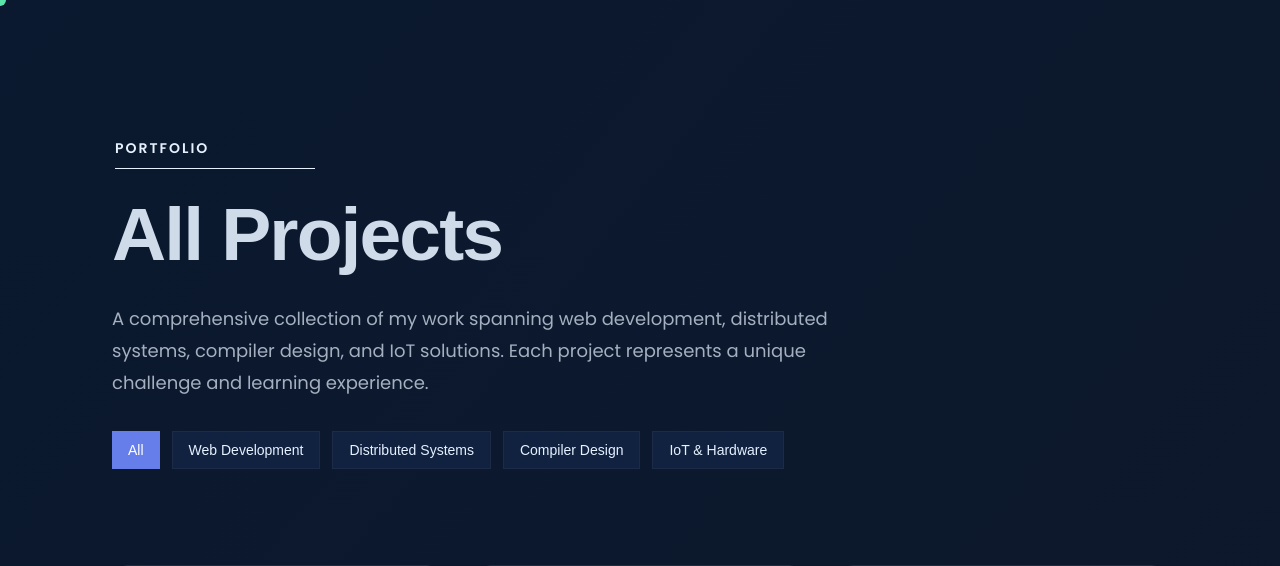
Repository: vinuki-thiranya/MyPortfolio
Page: /projects
The author's editor kept a copy of each file at every save. The page is drawn from the files as they stood at one save, then again after the next save.
The browser window is 1280 px wide. The pictures show the part of the page from y = 0 to 566 px (the page is 1617 px tall).
Pictures or frames that could not be fetched are drawn as grey boxes. The project was rebuilt for these pictures with package versions that can differ from the ones it lists, and the page was loaded fresh each time. The framework's server and built-in components were replaced by stand-ins that run in the browser. Also part of the build but not shown: next.config.mjs.

Above is the page before, as saved 2026-01-02 17:24:37.

### app/layout.tsx
import type { Metadata } from "next";
import { Poppins, Roboto_Mono } from "next/font/google";
import "./globals.css";
import { ThemeProvider } from "@/components/theme-provider";
import NavCursor from "@/components/NavCursor";

const poppins = Poppins({
  subsets: ["latin"],
  weight: ["300", "400", "500", "600", "700"],
  variable: "--font-poppins",
  display: "swap",
});

const robotoMono = Roboto_Mono({
  subsets: ["latin"],
  weight: ["400", "500"],
  variable: "--font-roboto-mono",
  display: "swap",
});

export const metadata: Metadata = {
  title: "Vinuki Thiranya",
  description: "My Software Engineer & Web Developer Portfolio",
  icons: {
    icon: "/images/title logo.png",
    shortcut: "/images/title logo.png",
    apple: "/images/title logo.png",
  },
};

export default function RootLayout({
  children,
}: {
  children: React.ReactNode;
}) {
  return (
    <html lang="en" className={`${poppins.variable} ${robotoMono.variable}`}>
            <body className="bg-white dark:bg-[#0a192f] text-[#1a202c] dark:text-white antialiased transition-colors duration-300 cursor-none">
        <ThemeProvider attribute="class" defaultTheme="dark" enableSystem disableTransitionOnChange>
          <NavCursor />
          {children}
        </ThemeProvider>
      </body>
    </html>
  );
}

### app/projects/page.tsx
"use client"

import { useState, useRef, useEffect } from "react"
import { motion } from "framer-motion"
import Image from "next/image"
import Link from "next/link"
import { Github, ArrowUpRight, Filter } from "lucide-react"

interface Project {
  id: number
  title: string
  description: string
  image: string
  technologies: string[]
  liveUrl: string
  githubUrl: string
  slug: string
  category: string
  year: string
}

const projects: Project[] = [
  {
    id: 1,
    title: "FormLang++ – A Domain-Specific Language for HTML Form Generation",
    description: "A comprehensive domain-specific language (DSL) designed to revolutionize HTML form creation through high-level abstraction. FORMLANG++ transforms structured .form source files into clean, standards-compliant HTML5 with built-in validation and robust error handling.",
    image: "https://images.unsplash.com/photo-1555066931-4365d14bab8c?ixlib=rb-4.0.3&auto=format&fit=crop&w=1600&q=80",
    technologies: ["C", "Flex (Lex)", "Bison (Yacc)", "HTML5", "Compiler Design", "AST", "Parsing"],
    liveUrl: "https://github.com/it23425590/Formlang-DSL",
    githubUrl: "https://github.com/it23425590/Formlang-DSL",
    slug: "formlang-plus-plus",
    category: "Compiler Design",
    year: "2024"
  },
  {
    id: 2,
    title: "Auto Service Spare Parts Management System",
    description: "Designed and developed a fully responsive web application to streamline spare part management for an auto service shop, with secure user access, admin controls, and modern UI/UX. Led the Authentication & User Management Module.",
    image: "https://images.unsplash.com/photo-1486262715619-67b85e0b08d3?ixlib=rb-4.0.3&auto=format&fit=crop&w=1600&q=80",
    technologies: ["React.js", "Spring Boot", "Spring Security", "JWT", "MySQL", "Tailwind CSS"],
    liveUrl: "https://github.com/SLIIT-FacultyOfComputing/se-group-project-group-08-auto-spares-and-services",
    githubUrl: "https://github.com/SLIIT-FacultyOfComputing/se-group-project-group-08-auto-spares-and-services",
    slug: "auto-service-management-system",
    category: "Web Development",
    year: "2024"
  },
  {
    id: 3,
    title: "Distributed Logging System",
    description: "Developed a fault-tolerant distributed logging system designed to maintain high availability, consistency, and reliability even during node failures. Specialized in Time Synchronization & Fault Tolerance Module using NTP and heartbeat algorithms.",
    image: "https://images.unsplash.com/photo-1558494949-ef010cbdcc31?ixlib=rb-4.0.3&auto=format&fit=crop&w=1600&q=80",
    technologies: ["Python", "FastAPI", "PostgreSQL", "Flask", "NTP", "Distributed Systems"],
    liveUrl: "https://github.com/it23425590/ds_project_group08",
    githubUrl: "https://github.com/it23425590/ds_project_group08",
    slug: "distributed-logging-system",
    category: "Distributed Systems",
    year: "2024"
  },
  {
    id: 4,
    title: "Dogwood Flora – Online Floral Shop Management System",
    description: "Designed and developed a full-stack web application for managing a floral shop's online operations. Implemented product CRUD features and customer-facing product views using Spring Boot, Thymeleaf, and MySQL.",
    image: "https://images.unsplash.com/photo-1486262715619-67b85e0b08d3?ixlib=rb-4.0.3&auto=format&fit=crop&w=1600&q=80",
    technologies: ["Java", "Spring Boot", "Thymeleaf", "MySQL", "Bootstrap", "HTML/CSS"],
    liveUrl: "https://github.com/it23425590/OOAD-Group-Assignment",
    githubUrl: "https://github.com/it23425590/OOAD-Group-Assignment",
    slug: "dogwood-flora-management-system",
    category: "Web Development",
    year: "2023"
  },
  {
    id: 5,
    title: "INTELLIHELMET: The Smart Safety Helmet",
    description: "Developed a smart safety helmet for miners with advanced sensor integration including atmospheric pressure, gas detection, heart rate monitoring, and temperature sensors. Created comprehensive web dashboard for real-time monitoring.",
    image: "https://images.unsplash.com/photo-1581094794329-c8112a89af12?ixlib=rb-4.0.3&auto=format&fit=crop&w=1600&q=80",
    technologies: ["Arduino", "IoT", "BMP280", "MQ135", "MAX30102", "Web Design", "HTML/CSS"],
    liveUrl: "#",
    githubUrl: "#",
    slug: "intellihelmet-smart-safety-helmet",
    category: "IoT & Hardware",
    year: "2023"
  },
  {
    id: 6,
    title: "Portfolio Website",
    description: "A modern portfolio website with animated transitions, dark mode, responsive design, and smooth scroll animations built with Next.js, TypeScript, and Framer Motion for enhanced user experience.",
    image: "https://images.unsplash.com/photo-1551650975-87deedd944c3?ixlib=rb-4.0.3&auto=format&fit=crop&w=1600&q=80",
    technologies: ["Next.js", "TypeScript", "Tailwind CSS", "Framer Motion", "React"],
    liveUrl: "#",
    githubUrl: "https://github.com/vinuki-thiranya/MyPortfolio",
    slug: "portfolio-website",
    category: "Web Development",
    year: "2024"
  },
]

const categories = ["All", "Web Development", "Distributed Systems", "Compiler Design", "IoT & Hardware"]

export default function AllProjects() {
  const [selectedCategory, setSelectedCategory] = useState("All")
  const [showFilters, setShowFilters] = useState(false)
  const containerRef = useRef<HTMLDivElement>(null)
  const [isInView, setIsInView] = useState(false)

  useEffect(() => {
    const observer = new IntersectionObserver(
      ([entry]) => {
        setIsInView(entry.isIntersecting)
      },
      { threshold: 0.1, margin: "-100px 0px" }
    )

    const currentRef = containerRef.current
    if (currentRef) {
      observer.observe(currentRef)
    }

    return () => {
      if (currentRef) {
        observer.unobserve(currentRef)
      }
    }
  }, [])

  const filteredProjects = selectedCategory === "All"
    ? projects
    : projects.filter(project => project.category === selectedCategory)

  return (
    <div className="min-h-screen bg-gradient-to-br from-[#f8fafc] to-[#e2e8f0] dark:from-[#0a192f] dark:to-[#0f172a] transition-colors duration-300">
      {/* Hero Section */}
      <section className="pt-32 pb-16 px-6 sm:px-12 md:px-16 lg:px-20 xl:px-28 2xl:px-36">
        <div className="max-w-7xl mx-auto">
          <motion.div
            initial={{ opacity: 0, y: 50 }}
            animate={{ opacity: 1, y: 0 }}
            transition={{ duration: 0.8 }}
          >
            <motion.div
              className="w-[200px] ml-[3px] border-b border-[#667eea] dark:border-[#e6f1ff] text-[#2d3748] dark:text-[#e6f1ff] font-poppins text-sm leading-10 font-semibold tracking-[2px] uppercase mb-5"
              initial={{ opacity: 0, x: -30 }}
              animate={{ opacity: 1, x: 0 }}
              transition={{ duration: 0.6, delay: 0.2 }}
            >
              Portfolio
            </motion.div>

            <motion.h1
              className="motion-heading cursor-target hero-heading mt-0 mb-6 text-[#2d3748] dark:text-[#e6f1ff]/90 text-4xl md:text-6xl lg:text-[75px] leading-[45px] md:leading-[70px] lg:leading-[90px] font-black tracking-tight"
              data-cursor-target="true"
              initial={{ opacity: 0, y: 50 }}
              animate={{ opacity: 1, y: 0 }}
              transition={{ duration: 0.8, delay: 0.4 }}
              style={{ cursor: "none" }}
            >
              All Projects
            </motion.h1>

            <motion.p
              className="text-[#4a5568] dark:text-[#e6f1ff]/70 font-poppins text-lg leading-8 max-w-3xl mb-8"
              initial={{ opacity: 0, y: 20 }}
              animate={{ opacity: 1, y: 0 }}
              transition={{ duration: 0.6, delay: 0.6 }}
            >
              A comprehensive collection of my work spanning web development, distributed systems, compiler design, and IoT solutions. Each project represents a unique challenge and learning experience.
            </motion.p>

            {/* Filter Controls */}
            <motion.div
              className="flex flex-wrap items-center gap-4 mb-8"
              initial={{ opacity: 0, y: 20 }}
              animate={{ opacity: 1, y: 0 }}
              transition={{ duration: 0.6, delay: 0.8 }}
            >
              <button
                onClick={() => setShowFilters(!showFilters)}
                className="flex items-center gap-2 px-4 py-2 bg-[#667eea] hover:bg-[#4c51bf] text-white rounded-lg transition-colors duration-200 md:hidden"
              >
                <Filter className="w-4 h-4" />
                Filter
              </button>

              <div className={`flex flex-wrap gap-3 ${showFilters ? 'flex' : 'hidden md:flex'}`}>
                {categories.map((category) => (
                  <button
                    key={category}
                    onClick={() => {
                      setSelectedCategory(category)
                      setShowFilters(false)
                    }}
                    className={`px-4 py-2 rounded-lg font-medium transition-all duration-200 ${
                      selectedCategory === category
                        ? "bg-[#667eea] text-white"
                        : "bg-white dark:bg-[#112240] text-[#2d3748] dark:text-[#e6f1ff] hover:bg-[#667eea] hover:text-white border border-[#e2e8f0] dark:border-[#1e2b47]"
                    }`}
                  >
                    {category}
                  </button>
                ))}
              </div>
            </motion.div>
          </motion.div>
        </div>
      </section>

      {/* Projects Grid */}
      <section className="pb-20 px-6 sm:px-10 md:px-14 lg:px-20 xl:px-28 2xl:px-36" ref={containerRef}>
        <div className="max-w-7xl mx-auto">
          <motion.div
            className="grid grid-cols-1 md:grid-cols-2 lg:grid-cols-3 gap-8"
            initial={{ opacity: 0 }}
            animate={isInView ? { opacity: 1 } : { opacity: 0 }}
            transition={{ duration: 0.8 }}
          >
            {filteredProjects.map((project, index) => (
              <motion.div
                key={project.id}
                className="group relative overflow-hidden backdrop-blur-lg border border-white/20 dark:border-slate-700/50 shadow-lg hover:shadow-2xl transition-all duration-500 rounded-2xl cursor-pointer h-[420px] flex flex-col"
                initial={{ opacity: 0, y: 50 }}
                animate={isInView ? { opacity: 1, y: 0 } : { opacity: 0, y: 50 }}
                transition={{
                  duration: 0.6,
                  delay: index * 0.1,
                  ease: "easeOut"
                }}
                whileHover={{ y: -8, scale: 1.02 }}
              >
                {/* Project Image - Full background */}
                <div className="absolute inset-0 overflow-hidden rounded-2xl">
                  <Image
                    src={project.image}
                    alt={project.title}
                    fill
                    className="object-cover transition-transform duration-700 group-hover:scale-110"
                    sizes="(max-width: 768px) 100vw, (max-width: 1200px) 50vw, 33vw"
                  />

                  {/* Dark overlay for text readability */}
                  <div className="absolute inset-0 bg-gradient-to-b from-transparent via-black/30 to-black/80" />

                  {/* Hover gradient overlay */}
                  <div className="absolute inset-0 bg-gradient-to-t from-black/70 via-black/20 to-transparent opacity-0 group-hover:opacity-100 transition-opacity duration-500" />
                </div>

                {/* Category Badge */}
                <div className="absolute top-4 left-4 z-10">
                  <span className="px-3 py-1.5 bg-[#64ffd9]/90 text-[#0a192f] text-xs font-semibold rounded-full backdrop-blur-md shadow-lg transform group-hover:scale-105 transition-transform duration-300">
                    {project.category}
                  </span>
                </div>

                {/* Year Badge */}
                <div className="absolute top-4 right-4 z-10">
                  <span className="px-3 py-1.5 bg-black/70 text-white text-xs font-semibold rounded-full backdrop-blur-md shadow-lg">
                    {project.year}
                  </span>
                </div>

                {/* Project Content - Transparent overlay */}
                <div className="relative z-10 p-5 flex-1 flex flex-col justify-end">
                  {/* Title */}
                  <h3 className="text-lg font-bold text-white mb-3 line-clamp-2 group-hover:text-[#64ffd9] transition-colors duration-300 leading-tight min-h-[3rem] drop-shadow-lg">
                    {project.title}
                  </h3>

                  {/* Description - exactly 2 lines */}
                  <p className="text-white/90 text-sm leading-5 mb-4 line-clamp-2 h-10 drop-shadow-md">
                    {project.description}
                  </p>

                  {/* Technologies */}
                  <div className="flex flex-wrap gap-1.5 mb-4 min-h-[2rem]">
                    {project.technologies.slice(0, 3).map((tech) => (
                      <span
                        key={tech}
                        className="px-2 py-0.5 bg-white/30 text-white text-xs font-medium rounded-full backdrop-blur-md border border-white/50 hover:bg-[#64ffd9] hover:text-[#0a192f] transition-all duration-300"
                      >
                        {tech}
                      </span>
                    ))}
                    {project.technologies.length > 3 && (
                      <span className="px-2 py-0.5 bg-white/30 text-white text-xs font-medium rounded-full backdrop-blur-md">
                        +{project.technologies.length - 3}
                      </span>
                    )}
                  </div>

                  {/* Action Buttons - Always at bottom */}
                  <div className="flex gap-2.5">
                    <Link
                      href={`/projects/${project.slug}`}
                      className="flex-1 inline-flex items-center justify-center px-3 py-2.5 bg-[#64ffd9] hover:bg-[#4fd1c7] text-[#0a192f] text-xs font-semibold rounded-lg transition-all duration-300 hover:scale-105 hover:shadow-lg transform active:scale-95"
                      onClick={(e) => e.stopPropagation()}
                    >
                      <ArrowUpRight className="w-3 h-3 mr-1.5" />
                      View Project
                    </Link>
                    <a
                      href={project.githubUrl}
                      target="_blank"
                      rel="noopener noreferrer"
                      className={`flex-1 inline-flex items-center justify-center px-3 py-2.5 border text-xs font-semibold rounded-lg transition-all duration-300 hover:scale-105 hover:shadow-lg transform active:scale-95 backdrop-blur-md ${
                        project.githubUrl === "#"
                          ? "border-gray-400 text-gray-400 cursor-not-allowed"
                          : "border-white/50 text-white hover:bg-white hover:text-[#0a192f]"
                      }`}
                      onClick={(e) => {
                        if (project.githubUrl === "#") {
                          e.preventDefault()
                        }
                        e.stopPropagation()
                      }}
                    >
                      <Github className="w-3 h-3 mr-1.5" />
                      View Code
                    </a>
                  </div>
                </div>
              </motion.div>
            ))}
          </motion.div>

          {/* No Projects Found */}
          {filteredProjects.length === 0 && (
            <motion.div
              className="text-center py-20"
              initial={{ opacity: 0 }}
              animate={{ opacity: 1 }}
              transition={{ duration: 0.6 }}
            >
              <p className="text-[#4a5568] dark:text-[#a8b2d1] text-lg">
                No projects found in the "{selectedCategory}" category.
              </p>
            </motion.div>
          )}
        </div>
      </section>

      {/* Back to Home Link */}
      <section className="pb-20 px-6 sm:px-10 md:px-14 lg:px-20 xl:px-28 2xl:px-36">
        <div className="max-w-7xl mx-auto">
          <motion.div
            className="flex justify-center"
            initial={{ opacity: 0, y: 30 }}
            whileInView={{ opacity: 1, y: 0 }}
            transition={{
              duration: 0.8,
              delay: 0.2,
              ease: "easeOut"
            }}
            viewport={{ amount: 0.3 }}
          >
            <Link
              href="/#work"
              className="group inline-flex items-center gap-2 text-[#667eea] dark:text-[#64ffd9] font-poppins text-sm font-medium hover:text-[#4c51bf] dark:hover:text-[#4fd1c7] transition-colors duration-200 no-underline"
            >
              ← Back to Featured Projects
            </Link>
          </motion.div>
        </div>
      </section>
    </div>
  )
}

### app/globals.css
@tailwind base;
@tailwind components;
@tailwind utilities;

@layer base {
  * {
    @apply border-border;
    /* Remove cursor:none here to allow pointer events and default cursor */
    /* cursor: none !important; */
  }
  body {
    @apply bg-background text-foreground;
    font-family: 'Arial', sans-serif;
    color: #83338;
    font-size: 14px;
    line-height: 20px;
    /* Remove cursor:none here */
    /* cursor: none !important; */
  }

  .font-poppins {
    font-family: var(--font-poppins), 'Poppins', sans-serif;
  }

  .font-mono {
    font-family: var(--font-roboto-mono), 'Roboto Mono', monospace;
  }

  /* Remove universal cursor:none here */
  /* *, *::before, *::after {
    cursor: none !important;
  } */

  /* Make sure motion headings show pointer cursor */
  .motion-heading {
    cursor: pointer;
  }
}

/* Scroll Snap Styles */
.scroll-snap-container {
  scroll-behavior: smooth;
}

html {
  scroll-behavior: smooth;
  overflow-x: hidden;
}

/* Prevent scroll chaining on touch devices */
body {
  overscroll-behavior: none;
}

/* Section styles for scroll snap */
[data-scroll-section] {
  scroll-snap-align: start;
  min-height: 100vh;
}

/* Custom scrollbar */
::-webkit-scrollbar {
  width: 8px;
}

::-webkit-scrollbar-track {
  background: #0a192f;
}

::-webkit-scrollbar-thumb {
  background: #64ffd9;
  border-radius: 4px;
}

::-webkit-scrollbar-thumb:hover {
  background: #4fd1c7;
}

/* Smooth scrolling */
html {
  scroll-behavior: smooth;
}

/* Custom animations */
@keyframes fadeInUp {
  from {
    opacity: 0;
    transform: translateY(30px);
  }
  to {
    opacity: 1;
    transform: translateY(0);
  }
}

@keyframes slideInLeft {
  from {
    opacity: 0;
    transform: translateX(-100px);
  }
  to {
    opacity: 1;
    transform: translateX(0);
  }
}

@keyframes slideInRight {
  from {
    opacity: 0;
    transform: translateX(100px);
  }
  to {
    opacity: 1;
    transform: translateX(0);
  }
}

/* Only hide native cursor on the custom cursor div */
.cursor {
  cursor: none;
}

/* Allow pointer cursor on interactive elements */
a, button, input, textarea, select, [role="button"], .cursor-pointer {
  cursor: pointer;
}

### components/nav-cursor.css
/* components/nav-cursor.css */

.cursor {
  /* Basic Cursor Shape */
  pointer-events: none;
  position: fixed;
  width: 12px;
  height: 12px;
  background-color: #64ffd9; /* Teal color matching your theme */
  border-radius: 50%;

  /* Positioning */
  transform: translate(-50%, -50%);
  z-index: 9999;

  /* Animation */
  transition: transform 0.15s cubic-bezier(0.18, 0.89, 0.32, 1.28), background-color 0.15s ease, width 0.15s ease,
    height 0.15s ease;

  /* Initial State */
  will-change: transform;
}

/* Hover State - Enlarged */
.cursor-hover {
  transform: translate(-50%, -50%) scale(3.5);
  background-color: #e6f1ff; /* Light blue from your text */
  width: 16px;
  height: 16px;
}

/* Click State (optional) */
.cursor-active {
  transform: translate(-50%, -50%) scale(2);
}

/* Motion Heading Fixes */
.motion-heading {
  display: inline-block;
  transition: transform 0.12s linear;
  will-change: transform;
  cursor: none !important; /* Force override any cursor styles */
}

/* Ensure cursor stays visible on dark/light backgrounds */
.dark .cursor {
  mix-blend-mode: difference;
}

Loaded but not shown: components/theme-provider.tsx (common file); tailwind.config.ts (common file); components/NavCursor.tsx (278 lines, source omitted)

After the next save:
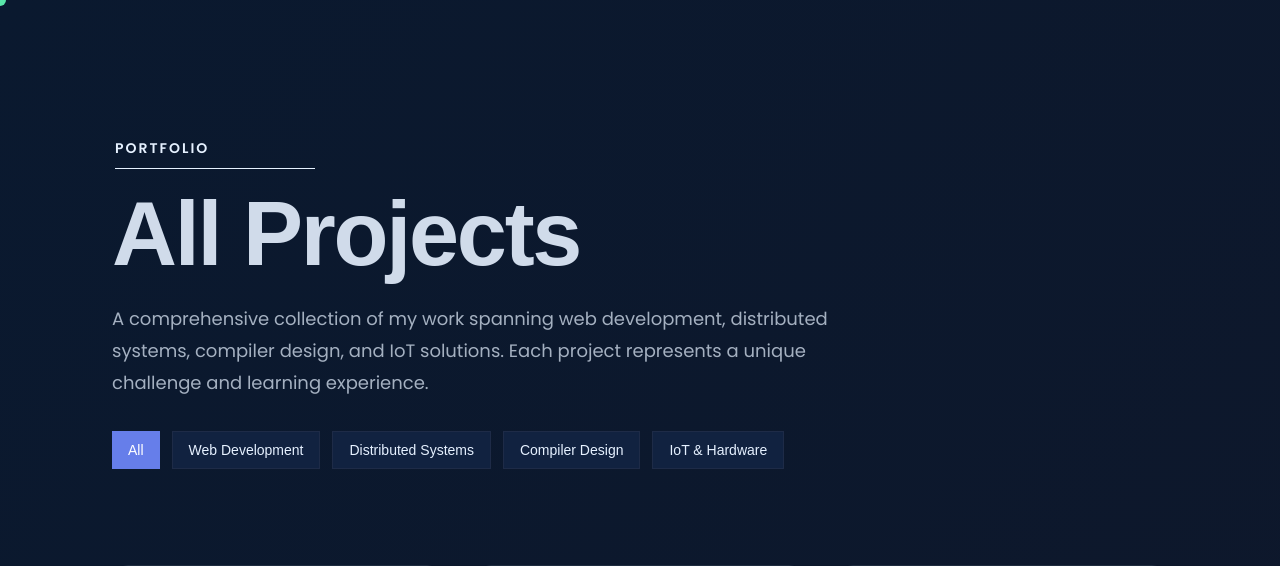
Saved 16 s later.
--- a/app/projects/page.tsx
+++ b/app/projects/page.tsx
@@ -146,7 +146,7 @@ export default function AllProjects() {
             </motion.div>
 
             <motion.h1
-              className="motion-heading cursor-target hero-heading mt-0 mb-6 text-[#2d3748] dark:text-[#e6f1ff]/90 text-4xl md:text-6xl lg:text-[75px] leading-[45px] md:leading-[70px] lg:leading-[90px] font-black tracking-tight"
+              className="motion-heading cursor-target hero-heading mt-0 mb-6 text-[#2d3748] dark:text-[#e6f1ff]/90 text-5xl md:text-7xl lg:text-[90px] leading-[45px] md:leading-[70px] lg:leading-[90px] font-black tracking-tight"
               data-cursor-target="true"
               initial={{ opacity: 0, y: 50 }}
               animate={{ opacity: 1, y: 0 }}
